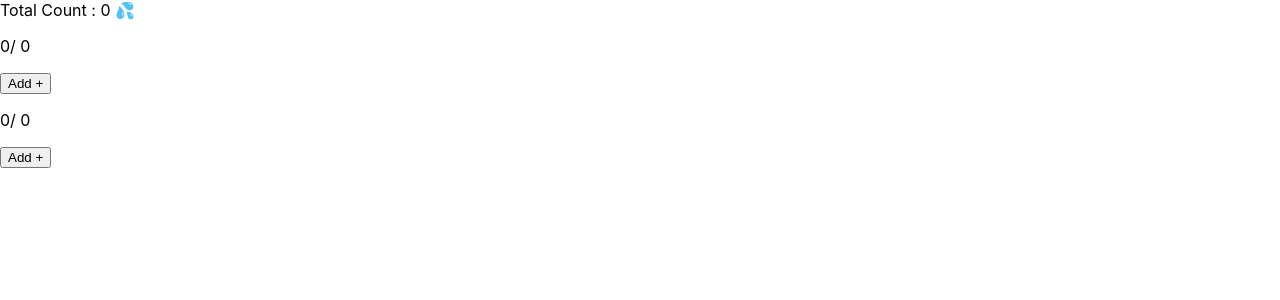
Repository: dnjfht/css-example
Page: /
These files come from the project's save history. The page is drawn as it stood at one moment and after the next save; the edit follows.
The browser window is 1280 px wide. The pictures show the whole page.
The project was rebuilt for these pictures with package versions that can differ from the ones it lists, and the page was loaded fresh each time.

Above is the page before, as saved 2023-05-11 15:27:47.

### src/App.js
// class component 살펴보기

import React from "react";
import Counter2 from "./components/Counter2";

export default class App extends React.Component {
  state = { count: 0 };

  onClick = () => {
    this.setState({ count: this.state.count + 1 });
  };

  componentDidMount() {
    console.log("컴포넌트가 마운트 되었음!");
  }

  componentWillUnmount() {
    console.log("컴포넌트가 곧 언마운트 될 예정임!");
  }

  render() {
    return (
      <div>
        <div>
          Total Count : {this.state.count} {this.state.count > 10 ? "🔥" : "💦"}
        </div>
        <div>
          <Counter2 total={this.state.count} onClick={this.onClick} />
          <Counter2 total={this.state.count} onClick={this.onClick} />
        </div>
      </div>
    );
  }
}

### src/components/Counter2.js
import React, { useState } from "react";

export default function Counter2({ total, onClick }) {
  const [count, setCount] = useState(0);

  return (
    <div>
      <p>
        {count}
        <span>/ {total}</span>
      </p>
      <button onClick={onClick}>Add +</button>
    </div>
  );
}

Loaded but not shown: public/index.html (common file); src/index.js (common file); src/index.css (common file); src/reportWebVitals.js (common file)

After the next save:
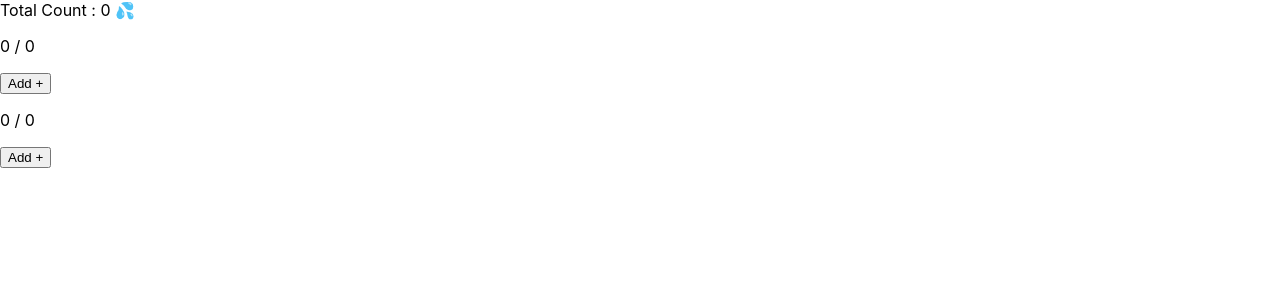
Saved 10 s later.
--- a/src/components/Counter2.js
+++ b/src/components/Counter2.js
@@ -7,7 +7,7 @@ export default function Counter2({ total, onClick }) {
     <div>
       <p>
         {count}
-        <span>/ {total}</span>
+        <span> / {total}</span>
       </p>
       <button onClick={onClick}>Add +</button>
     </div>
